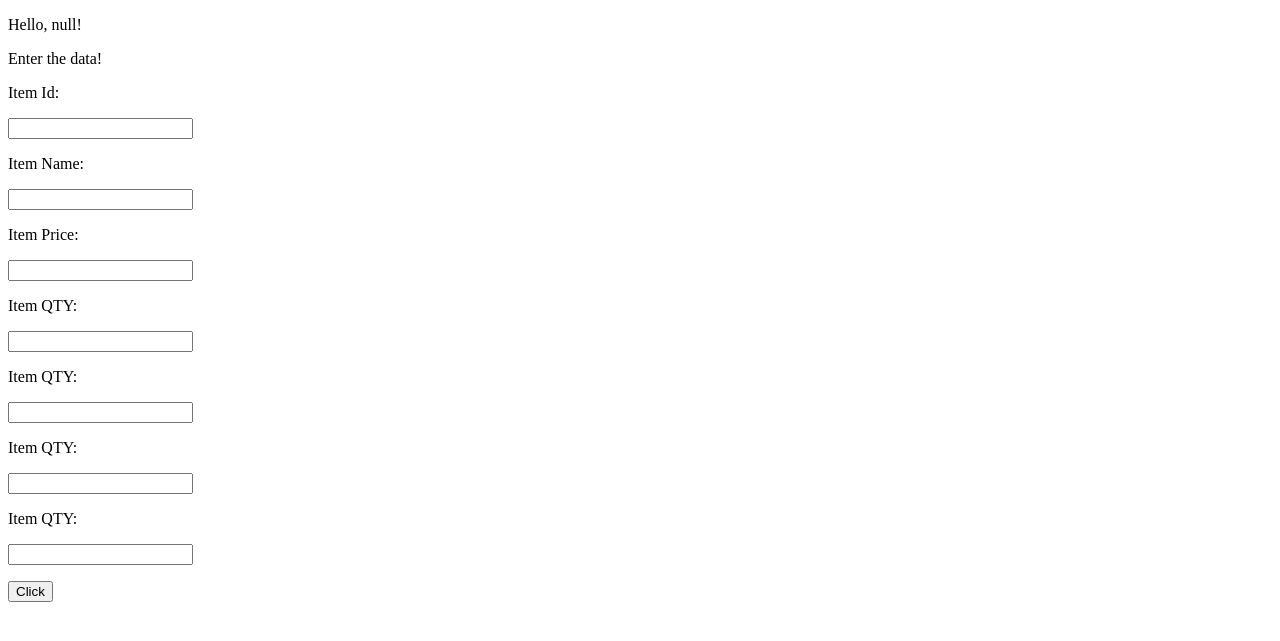
Repository: Leihuihe/laptop_workspace
Page: http://localhost/inputdata
The author's editor kept a copy of each file at every save. The page is drawn from the files as they stood at one save, then again after the next save.
The browser window is 1280 px wide. The pictures show the whole page.
The page is this project's Thymeleaf template; nobody is signed in. The template is opened directly, without the code that normally fills it, so the values that code supplies are empty.

Above is the page before, as saved 2022-11-16 02:39:00.

After the next save:
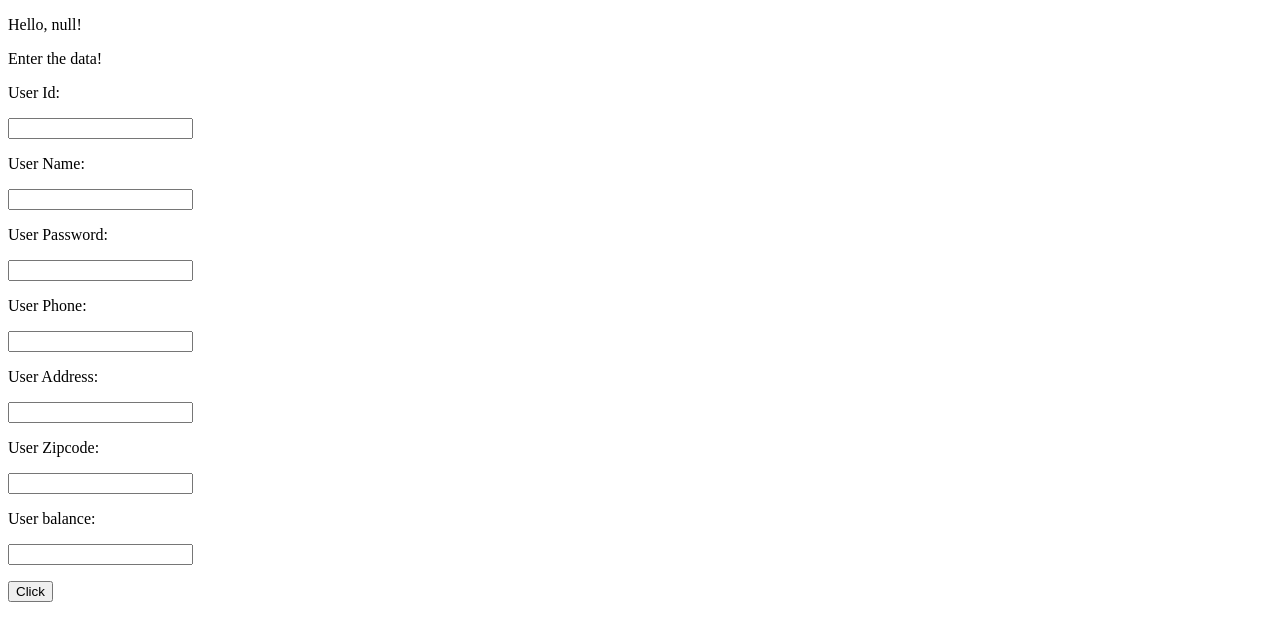
Saved 58 s later.
--- a/739/JSP/thymeleaf-demo/src/main/resources/templates/inputdata.html
+++ b/739/JSP/thymeleaf-demo/src/main/resources/templates/inputdata.html
@@ -55,26 +55,26 @@ xhr.send(formString)
 
 <FORM NAME="myform" ACTION="/rest/item/create" METHOD="POST">Enter the data! <BR>
 
-<p>Item Id: </p>
+<p>User Id: </p>
 <INPUT TYPE="text" NAME="uID" VALUE=""><P>
 
-<p>Item Name: </p>
+<p>User Name: </p>
 <INPUT TYPE="text" NAME="u_Name" VALUE=""><P>
 
-<p>Item Price: </p>
+<p>User Password: </p>
 <INPUT TYPE="text" NAME="password" VALUE=""><P>
 
-<p>Item QTY: </p>
+<p>User Phone: </p>
 <INPUT TYPE="text" NAME="u_Phone" VALUE=""><P>
 
-<p>Item QTY: </p>
-<INPUT TYPE="text" NAME="u_Phone" VALUE=""><P>
+<p>User Address: </p>
+<INPUT TYPE="text" NAME="u_Address" VALUE=""><P>
 
-<p>Item QTY: </p>
-<INPUT TYPE="text" NAME="u_Phone" VALUE=""><P>
+<p>User Zipcode: </p>
+<INPUT TYPE="text" NAME="u_Zipcode" VALUE=""><P>
 
-<p>Item QTY: </p>
-<INPUT TYPE="text" NAME="u_Phone" VALUE=""><P>
+<p>User balance: </p>
+<INPUT TYPE="text" NAME="u_balance" VALUE=""><P>
 
 <INPUT TYPE="button" NAME="button" Value="Click" onClick="postData(this.form)">
 </FORM>
